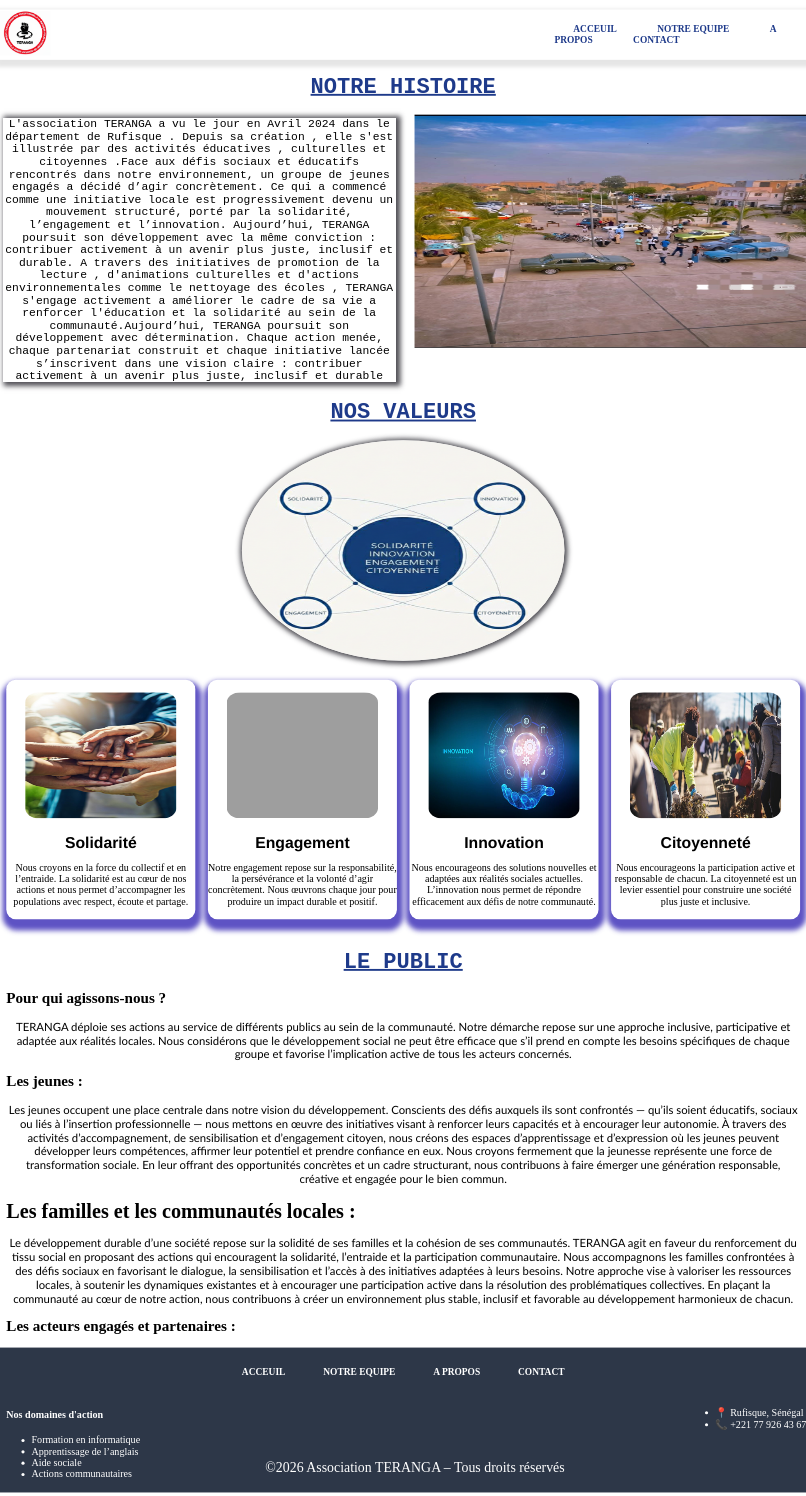
Repository: assanendao171/projet-teranga
Page: propos.html
These files come from the project's save history. The page is drawn as it stood at one moment and after the next save; the edit follows.
The browser window is 1280 px wide. The pictures show the whole page, at 63% of full size.
Pictures or frames that could not be fetched are drawn as grey boxes.

Above is the page before, as saved 2026-02-12 13:55:13.

After the next save:
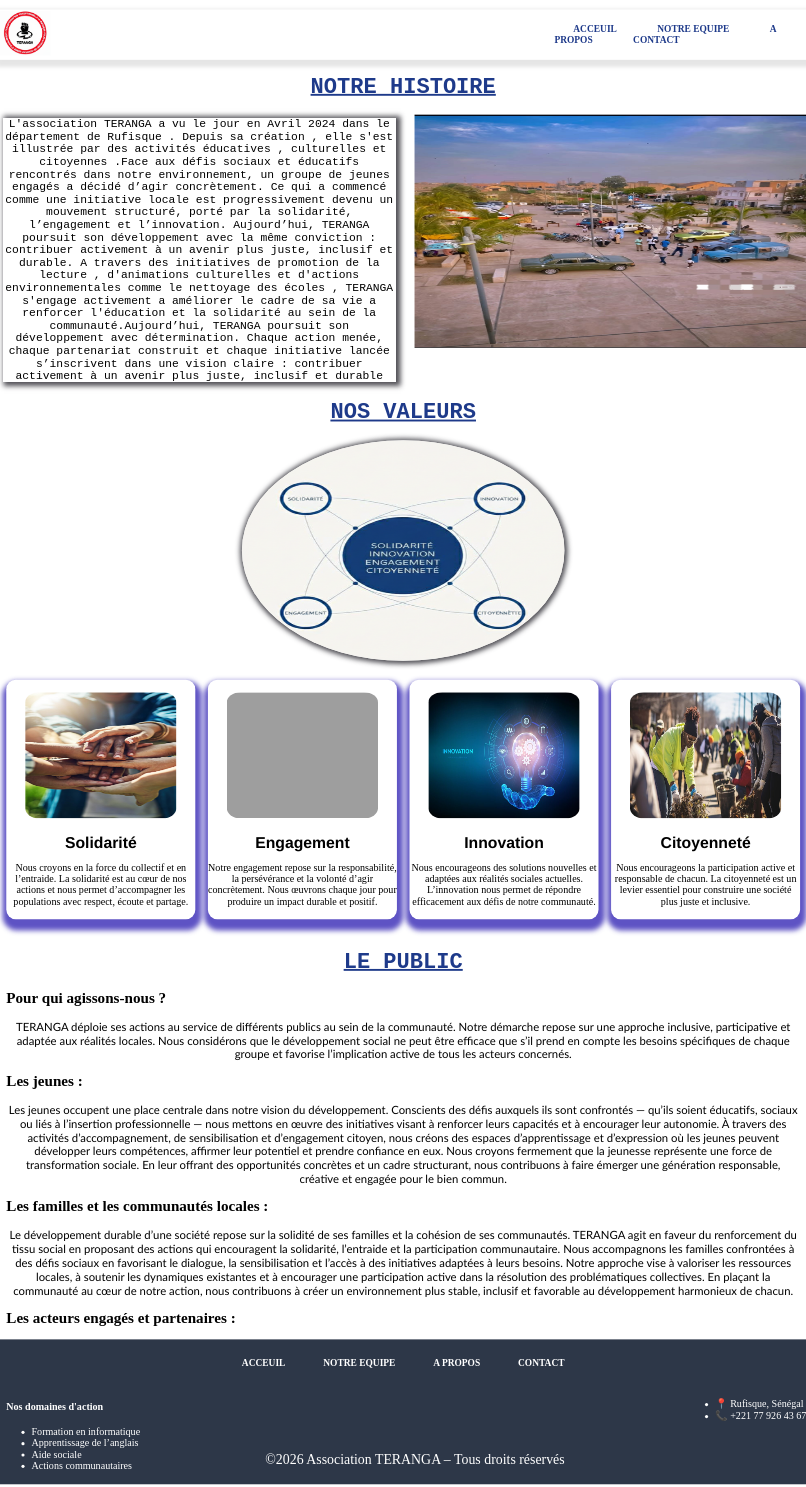
Saved 11 s later.
--- a/propos.html
+++ b/propos.html
@@ -98,7 +98,7 @@ La citoyenneté est un levier essentiel pour construire une société plus juste
 À travers des activités d’accompagnement, de sensibilisation et d’engagement citoyen, nous créons des espaces d’apprentissage et d’expression où les jeunes peuvent développer leurs compétences, affirmer leur potentiel et prendre confiance en eux.
 
 Nous croyons fermement que la jeunesse représente une force de transformation sociale. En leur offrant des opportunités concrètes et un cadre structurant, nous contribuons à faire émerger une génération responsable, créative et engagée pour le bien commun.</p>
-<h1>Les familles et les communautés locales : </h1>
+<h2>Les familles et les communautés locales : </h2>
 <p class="p-public">Le développement durable d’une société repose sur la solidité de ses familles et la cohésion de ses communautés. TERANGA agit en faveur du renforcement du tissu social en proposant des actions qui encouragent la solidarité, l’entraide et la participation communautaire.
 
 Nous accompagnons les familles confrontées à des défis sociaux en favorisant le dialogue, la sensibilisation et l’accès à des initiatives adaptées à leurs besoins. Notre approche vise à valoriser les ressources locales, à soutenir les dynamiques existantes et à encourager une participation active dans la résolution des problématiques collectives.
